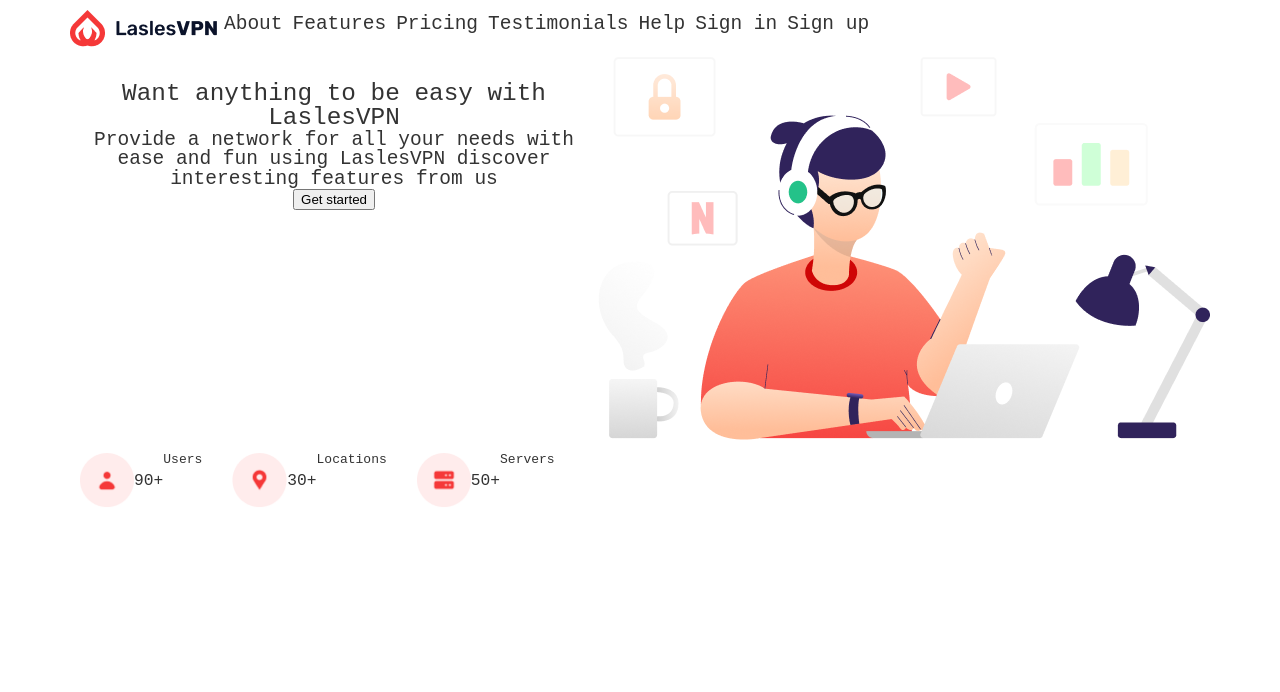
Repository: RaphaelMatheus-br/LP-251123
Page: index.html
The author's editor kept a copy of each file at every save. The page is drawn from the files as they stood at one save, then again after the next save.
The browser window is 1280 px wide. The pictures show the whole page.

Above is the page before, as saved 2023-11-25 12:33:19.

### index.html
<!DOCTYPE html>
<html lang="en">

<head>
    <meta charset="UTF-8">
    <meta name="viewport" content="width=device-width, initial-scale=1.0">
    <title>Document</title>
    <link rel="stylesheet" href="style.css">
</head>

<body>

<section class="container flex">
    <img src="./imagens/Logo.png" alt="logo">
	<div class="item">About</div>
	<div class="item">Features</div>
	<div class="item">Pricing</div>
	<div class="item">Testimonials</div>
	<div class="item">Help</div>
	<div class="item">Sign in</div>
    <div class="item">Sign up</div>
</section>

<section class="container flex">
    <div class="item">
        <h1 class="sobre__titulo">Want anything to be easy with LaslesVPN</h1>
        <p class="sobre__descricao">Provide a network for all your needs with ease and fun using LaslesVPN discover interesting features from us</p>
        <button class="sobre__botao">Get started</button>
    </div>
    <div class="img">
        <img src="./imagens/Illustration 1.png" alt="ilutracao__1">
    </div>
</section>

<section class="container flex">
    <div class="rectangle">
        <div class="icons">
            <div class="user">
                <img src="./imagens/user.png" alt="user__img">
                <h1 class="sobre__user">90+</h1>
                <p class="p__user">Users</p>
            </div>
            <div class="location">
                <img src="./imagens/location.png" alt="location">
                <h1 class="sobre__location">30+</h1>
                <p class="p__location">Locations</p>
            </div>
            <div class="server">
                <img src="./imagens/Server.png" alt="server">
                <h1 class="sobre__server">50+</h1>
                <p class="p__server">Servers</p>
            </div>
        </div>
    </div>
</section>

</body>
</html>

### style.css
html, body, div, span, applet, object, iframe,
h1, h2, h3, h4, h5, h6, p, blockquote, pre,
a, abbr, acronym, address, big, cite, code,
del, dfn, em, img, ins, kbd, q, s, samp,
small, strike, strong, sub, sup, tt, var,
b, u, i, center,
dl, dt, dd, ol, ul, li,
fieldset, form, label, legend,
table, caption, tbody, tfoot, thead, tr, th, td,
article, aside, canvas, details, embed,
figure, figcaption, footer, header, hgroup,
menu, nav, output, ruby, section, summary,
time, mark, audio, video {
	margin: 0;
	padding: 0;
	border: 0;
	font-size: 100%;
	font: inherit;
	vertical-align: baseline;
    background: white;
}
/* HTML5 display-role reset for older browsers */
article, aside, details, figcaption, figure,
footer, header, hgroup, menu, nav, section {
	display: block;
}
body {
	line-height: 1;
}

ol, ul {
	list-style: none;
}
blockquote, q {
	quotes: none;
}
blockquote:before, blockquote:after,
q:before, q:after {
	content: '';
	content: none;
}
table {
	border-collapse: collapse;
	border-spacing: 0;
}

.container {
    max-width: 1140px;
    margin: 0 auto;
    position: relative;
    padding-top: 10px;
}

/* Flex */
.flex {
	display: flex;
}

.flex-wrap {
	flex-wrap: wrap;
}

.flex-item-1 {
	flex: 1;
}

/* Flex Item */
.item {
	margin: 5px;
	text-align: center;
	font-size: 1.5em;
}

h1 {
	text-align: center;
	margin: 20px 0 0 0;
	font-size: 1.25em;
	font-weight: normal;
}

body {
	font-family: monospace;
	color: #333;
}

.row {
	display: flex;
}

.rectangle {
display: flex;
width: 1140px;
height: 200px;
flex-shrink: 0;
border-radius: 10px;
background: #FFF;
border-color: gray;
}

.icons {
width: 55px;
height: 55px;
flex-shrink: 0;
display: flex;
}

.user {
display: flex;;
margin-right: 20px;
margin-left: 10px;
}

.location {
    display: flex;;
    margin-right: 20px;
    margin-left: 10px;
}

.server {
    display: flex;;
    margin-right: 20px;
    margin-left: 10px;
}

After the next save:
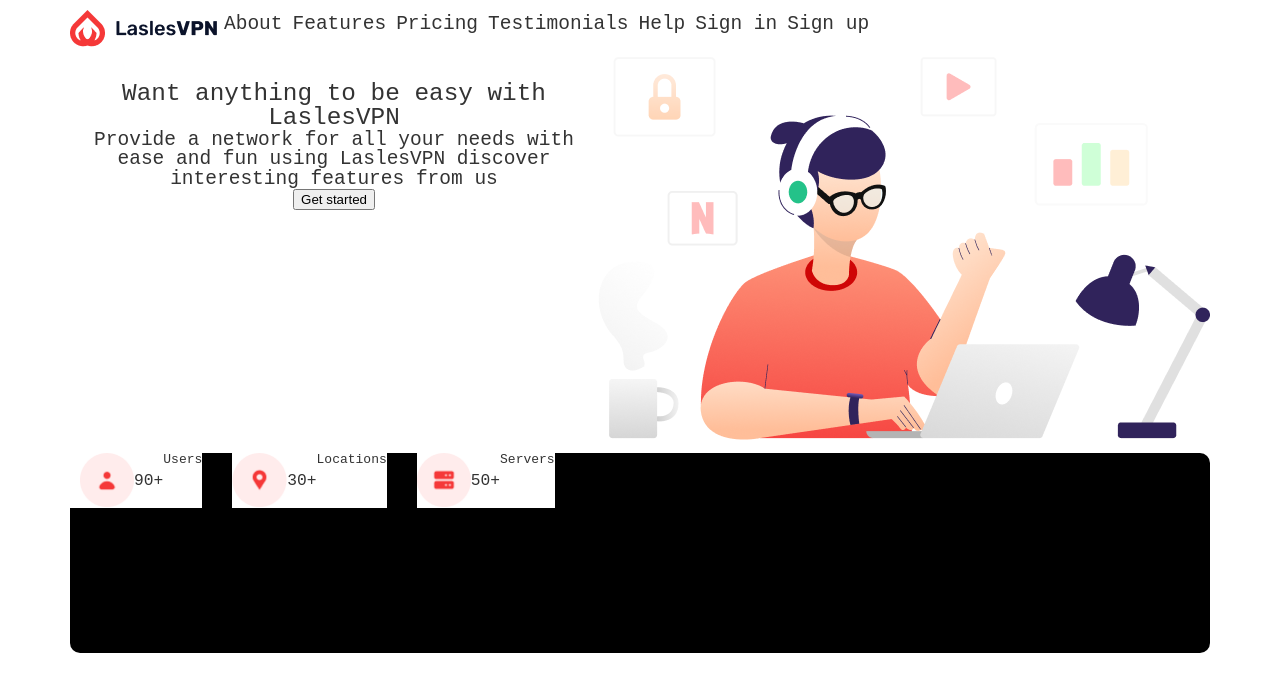
Saved 20 s later.
--- a/style.css
+++ b/style.css
@@ -93,8 +93,8 @@
 height: 200px;
 flex-shrink: 0;
 border-radius: 10px;
-background: #FFF;
-border-color: gray;
+background: black;
+border-color: white;
 }
 
 .icons {
